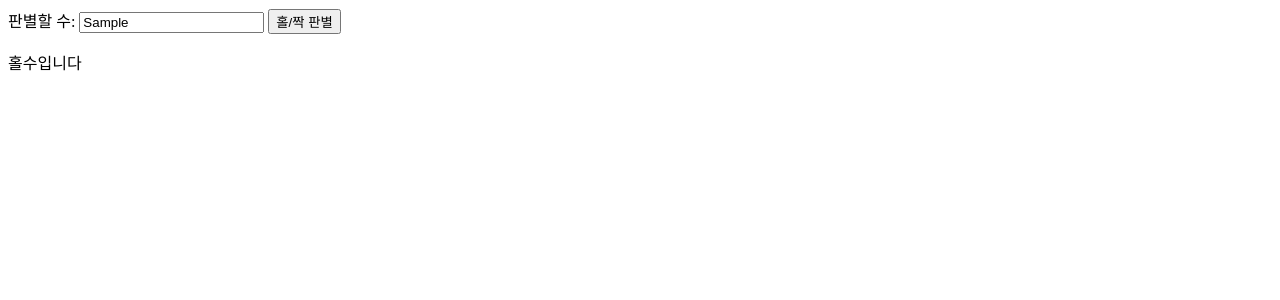
Repository: Jin0207/javaScript
Page: http://localhost/day1230/OddEvenTest.jsp
The author's editor kept a copy of each file at every save. The page is drawn from the files as they stood at one save, then again after the next save.
The browser window is 1280 px wide. The pictures show the whole page.
Empty fields were first filled with sample values (such as "Sample", 5 or name@example.com).
After loading, the first visible `button` was clicked once.
The page is served by Tomcat 9.

Above is the page before, as saved 2021-12-30 08:31:11.

### day1230/src/main/webapp/OddEvenTest.jsp
<%@ page language="java" contentType="text/html; charset=UTF-8"
    pageEncoding="UTF-8"%>
<!DOCTYPE html>
<html>
<head>
<meta charset="UTF-8">
<title>Insert title here</title>
<script type="text/javascript">
	function oddEven() {
		const num = document.getElementById("num1").value;
		const re = "홀수";

		if(num % 2 == 0){
			re = "짝수";
		}

		document.getElementById("re").innerHTML="홀수입니다";

	}

</script>
</head>
<body>
	판별할 수: <input type="text" id="num1">
	<button onclick="oddEven()">홀/짝 판별</button>
	<p id="re"></p>
</body>
</html>

After the next save:
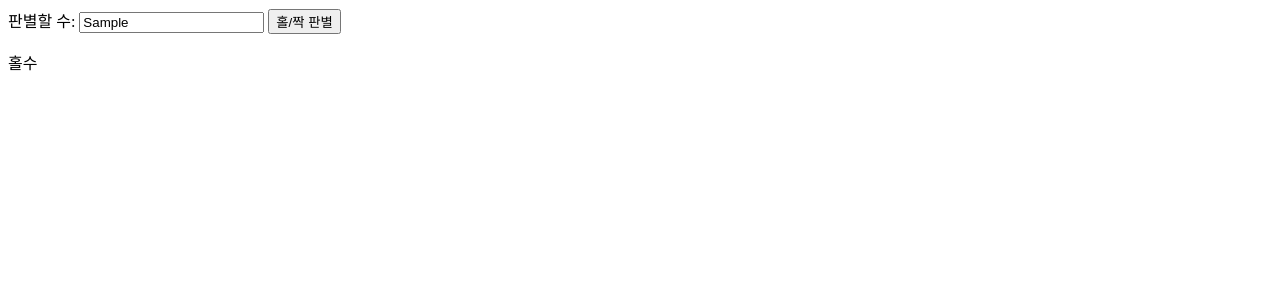
Saved 7 s later.
--- a/day1230/src/main/webapp/OddEvenTest.jsp
+++ b/day1230/src/main/webapp/OddEvenTest.jsp
@@ -14,7 +14,7 @@
 			re = "짝수";
 		}
 
-		document.getElementById("re").innerHTML="홀수입니다";
+		document.getElementById("re").innerHTML=re;
 
 	}
 
